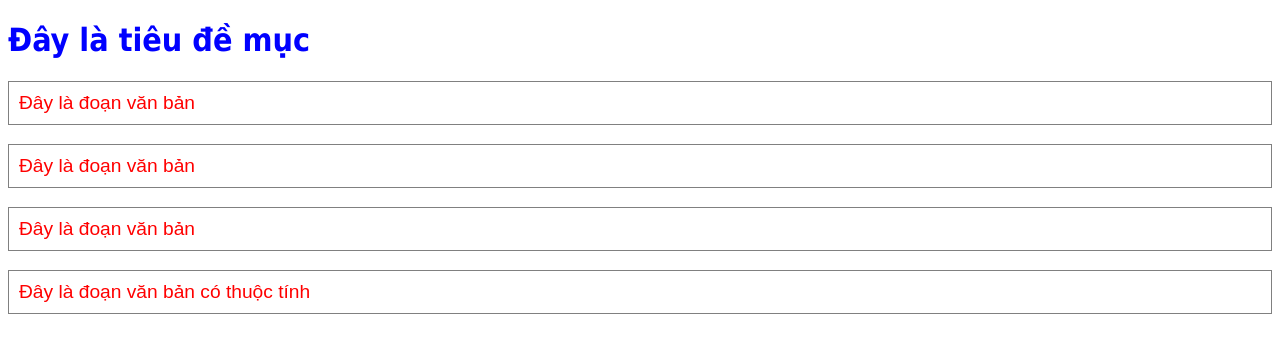
Repository: congle98/CSS_demo1
Page: index.html
These files come from the project's save history. The page is drawn as it stood at one moment and after a run of saves; the edit follows.
The browser window is 1280 px wide. The pictures show the whole page.

Above is the page before, as saved 2021-05-26 11:48:28.

After the next 9 saves:
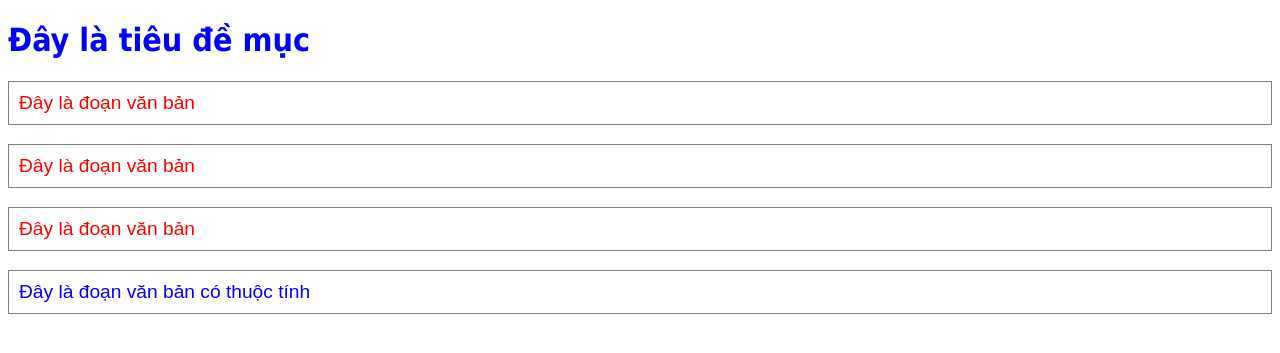
The 9 saves are shown as one change because they came seconds apart.
The last was saved 21 s later.
--- a/index.html
+++ b/index.html
@@ -19,6 +19,9 @@
             border: 1px solid grey;
             padding: 10px;
         }
+        #element1{
+            color: blue;
+        }
     </style>
     <title>Title</title>
 </head>
